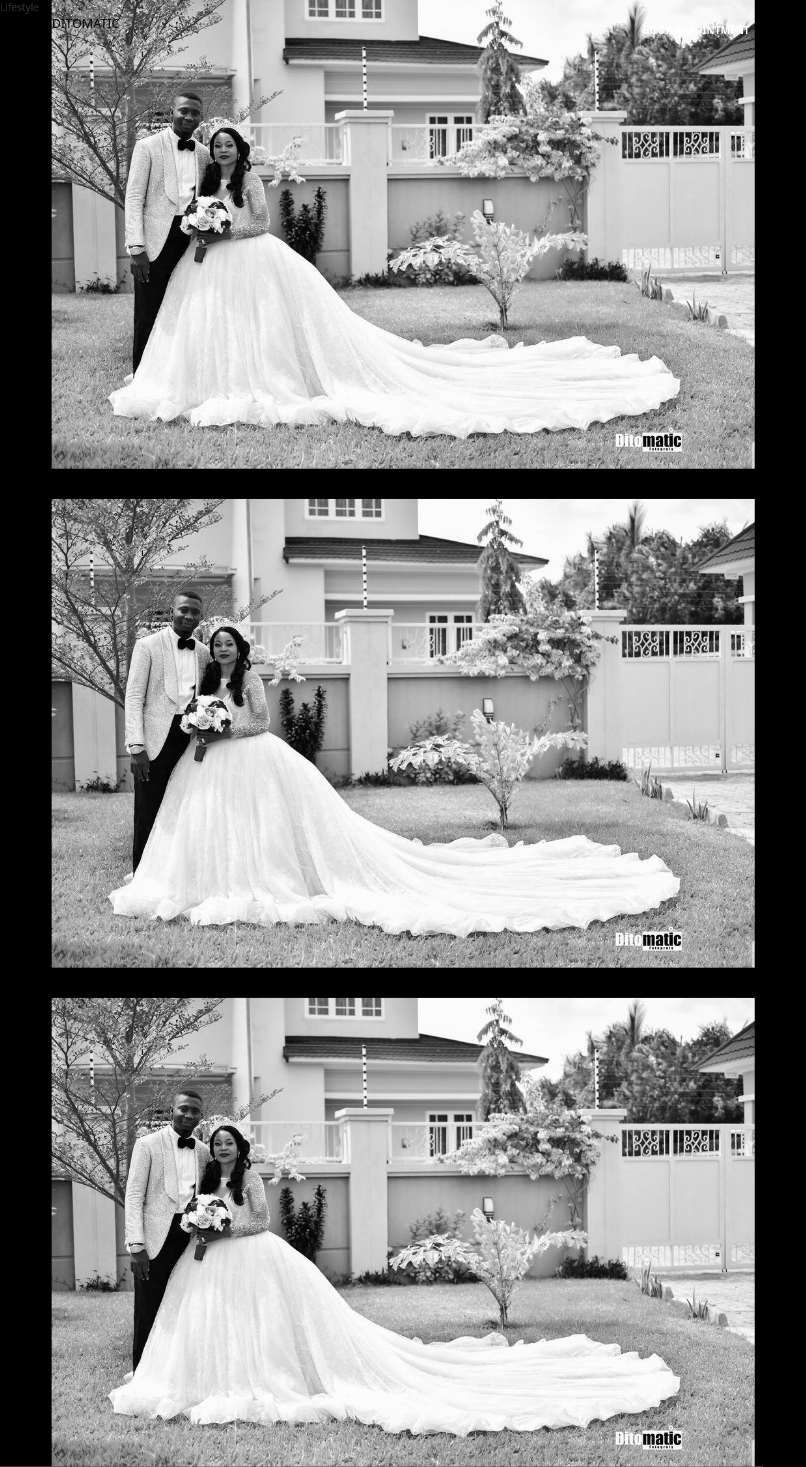
Repository: latenightsnacc/Ditomatic-Demo
Page: ditomatic.html
An editor plug-in stored every save of this project. The page is shown before and after the next save, followed by the edit.
The browser window is 1280 px wide. The pictures show the whole page, at 63% of full size.
Some web libraries are served in a nearby version.

Above is the page before, as saved 2021-02-23 18:02:34.
Console error: TypeError: Cannot read properties of null (reading 'addEventListener')

### ditomatic.html
<!DOCTYPE html>
<html lang="en">
<head>
    <meta charset="UTF-8">
    <meta name="viewport" content="width=device-width, initial-scale=1.0">
    <!--Tailwind 2.0.2-->
    <link href="https://cdnjs.cloudflare.com/ajax/libs/tailwindcss/2.0.2/tailwind.min.css" rel="stylesheet">
    <!--Font Awesome 5.15.1-->
    <link rel="stylesheet" href="https://cdnjs.cloudflare.com/ajax/libs/font-awesome/5.15.1/css/all.min.css" integrity="sha512-+4zCK9k+qNFUR5X+cKL9EIR+ZOhtIloNl9GIKS57V1MyNsYpYcUrUeQc9vNfzsWfV28IaLL3i96P9sdNyeRssA==" crossorigin="anonymous" />
    <!-- Bootstrap 5.0.0 Beta-->
    <link href="https://cdn.jsdelivr.net/npm/bootstrap@5.0.0-beta1/dist/css/bootstrap.min.css" rel="stylesheet" integrity="sha384-giJF6kkoqNQ00vy+HMDP7azOuL0xtbfIcaT9wjKHr8RbDVddVHyTfAAsrekwKmP1" crossorigin="anonymous" />
    <!-- UIkit CSS -->
    <link rel="stylesheet" href="https://cdn.jsdelivr.net/npm/uikit@3.6.9/dist/css/uikit.min.css" />
    <link rel="stylesheet" href="stylesheet.css">
    <!--Page Title-->
    <title>Ditomatic Fotografy</title>
</head>
<body class="bg-black">
    <!--Header-->
    <header>
        <nav class="navbar navbar-expand-lg navbar-light bg-transparent fixed-top">
            <div class="container">
                <a class="navbar-brand" href="#">
                    DITOMATIC
                    <!-- <img src="assets/Logos/TRY-Logo.png" alt="" width="150px" > -->
                </a>
                <ul class="navbar-nav ml-auto mb-2 mb-lg-0">
                    <li class="nav-item">
                        <a class="nav-link font-bold text-base uppercase text-white" href="#">book appointment</a>
                    </li>
                </ul>
            </div>
        </nav>
    </header>
    <!--End of Header-->
    <main class="bg-transparent">
        <!--Event-->
        <section class="min-h-screen">
            <div class="container">
                <img src="images/TLFC-ConvertImage.jpg" alt="" width="100%">

                <div class="uk-position-top-left">
                    <div>Lifestyle</div>
                </div>
            </div>
        </section>
        <div class="my-5"></div>
        <!--End of Event-->
        <!--Lifestyle-->
        <section class="min-h-screen">
            <div class="container">
                <img src="images/TLFC-ConvertImage.jpg" alt="" width="100%">

                <div class="uk-position-top-left">
                    <div>Lifestyle</div>
                </div>
            </div>
        </section>
        <div class="my-5"></div>
        <!--Fashion-->
        <section class="min-h-screen">
            <div class="container">
                <img src="images/TLFC-ConvertImage.jpg" alt="" width="100%">

                <div class="uk-position-top-left">
                    <div>Lifestyle</div>
                </div>
            </div>
        </section>
        <!--End of Event-->

    </main>
<!-- UIkit JS -->
<script src="main.js"></script>
<script src="https://cdn.jsdelivr.net/npm/uikit@3.6.9/dist/js/uikit.min.js"></script>

<!--BOOTSTRAP CDN-->
<script src="https://cdn.jsdelivr.net/npm/bootstrap@5.0.0-beta1/dist/js/bootstrap.bundle.min.js" integrity="sha384-ygbV9kiqUc6oa4msXn9868pTtWMgiQaeYH7/t7LECLbyPA2x65Kgf80OJFdroafW" crossorigin="anonymous"></script>

</body>
</html>

### stylesheet.css
.d-none, #eventSet {
    display: none;
}

### main.js
let lifeStlyeSet = document.getElementById('lifestyleSet');
let eventSet = document.getElementById('eventSet');


document.getElementById('lifestyleBtn').addEventListener('click', function() {
    if(lifeStlyeSet.style.display === 'none') {
        lifeStlyeSet.style.display = 'block';
    } else {
        lifeStlyeSet.style.display = 'none';
    }
    }
)
document.getElementById('eventBtn').addEventListener('click', function() {
    if(eventSet.style.display === 'none') {
        eventSet.style.display = 'block';
    } else {
        eventSet.style.display = 'none';
    }
    }
)

After the next save:
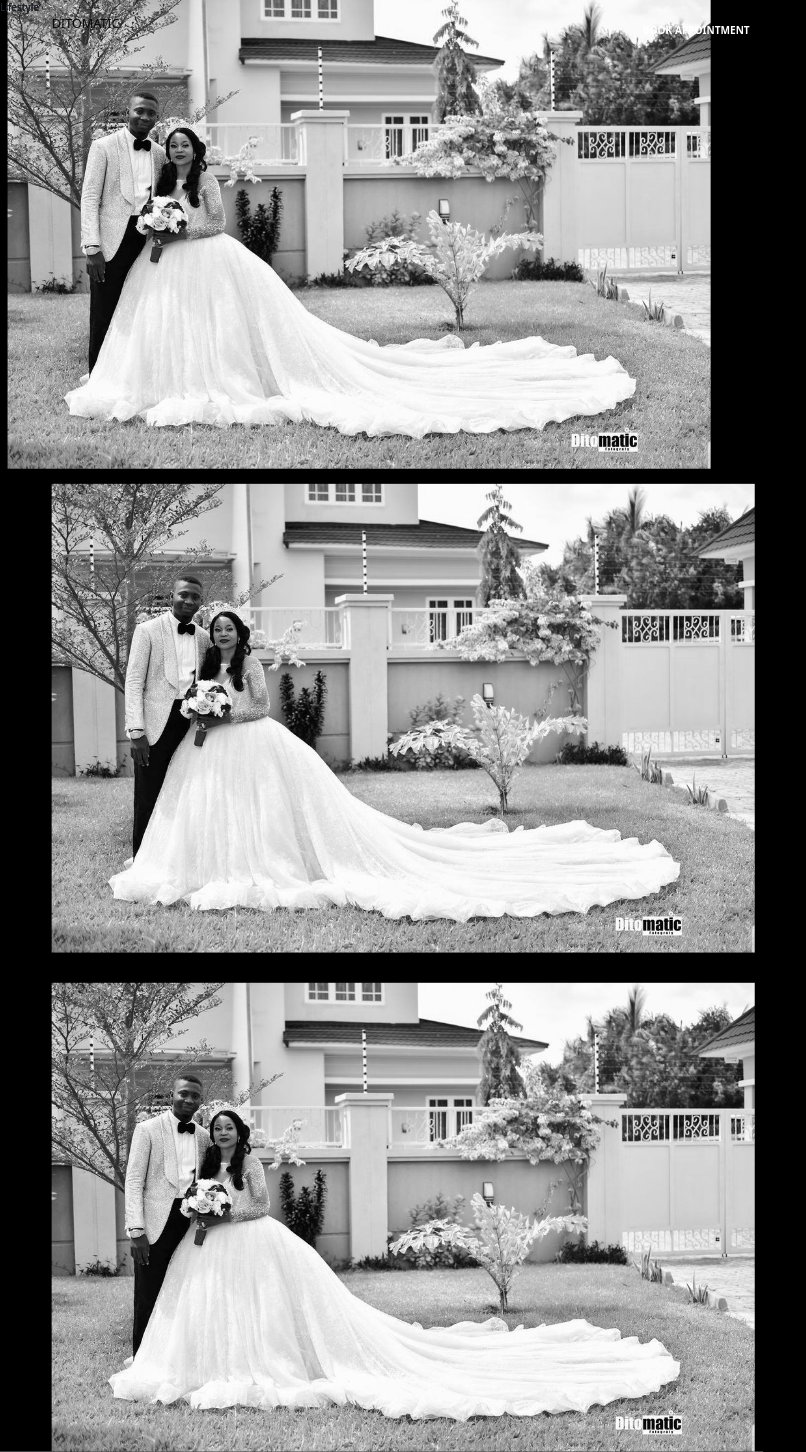
Saved 48 s later.
--- a/ditomatic.html
+++ b/ditomatic.html
@@ -33,10 +33,10 @@
         </nav>
     </header>
     <!--End of Header-->
-    <main class="bg-transparent">
+    <main class="bg-transparent relative">
         <!--Event-->
         <section class="min-h-screen">
-            <div class="container">
+            <div class="container absolute">
                 <img src="images/TLFC-ConvertImage.jpg" alt="" width="100%">
 
                 <div class="uk-position-top-left">

After the save that followed:
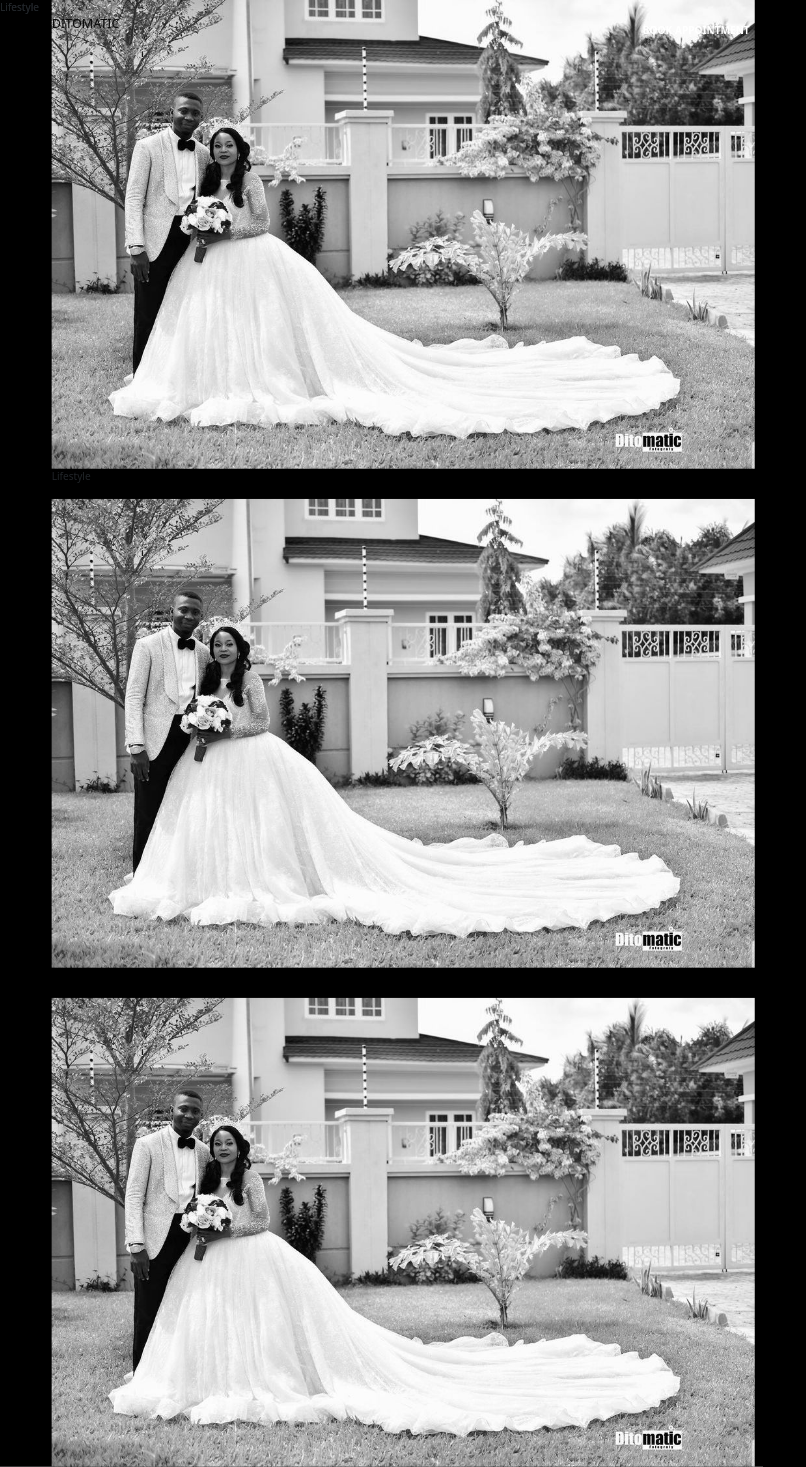
Saved 87 s later.
--- a/ditomatic.html
+++ b/ditomatic.html
@@ -36,10 +36,10 @@
     <main class="bg-transparent relative">
         <!--Event-->
         <section class="min-h-screen">
-            <div class="container absolute">
+            <div class="container">
                 <img src="images/TLFC-ConvertImage.jpg" alt="" width="100%">
 
-                <div class="uk-position-top-left">
+                <div class="absolute">
                     <div>Lifestyle</div>
                 </div>
             </div>
